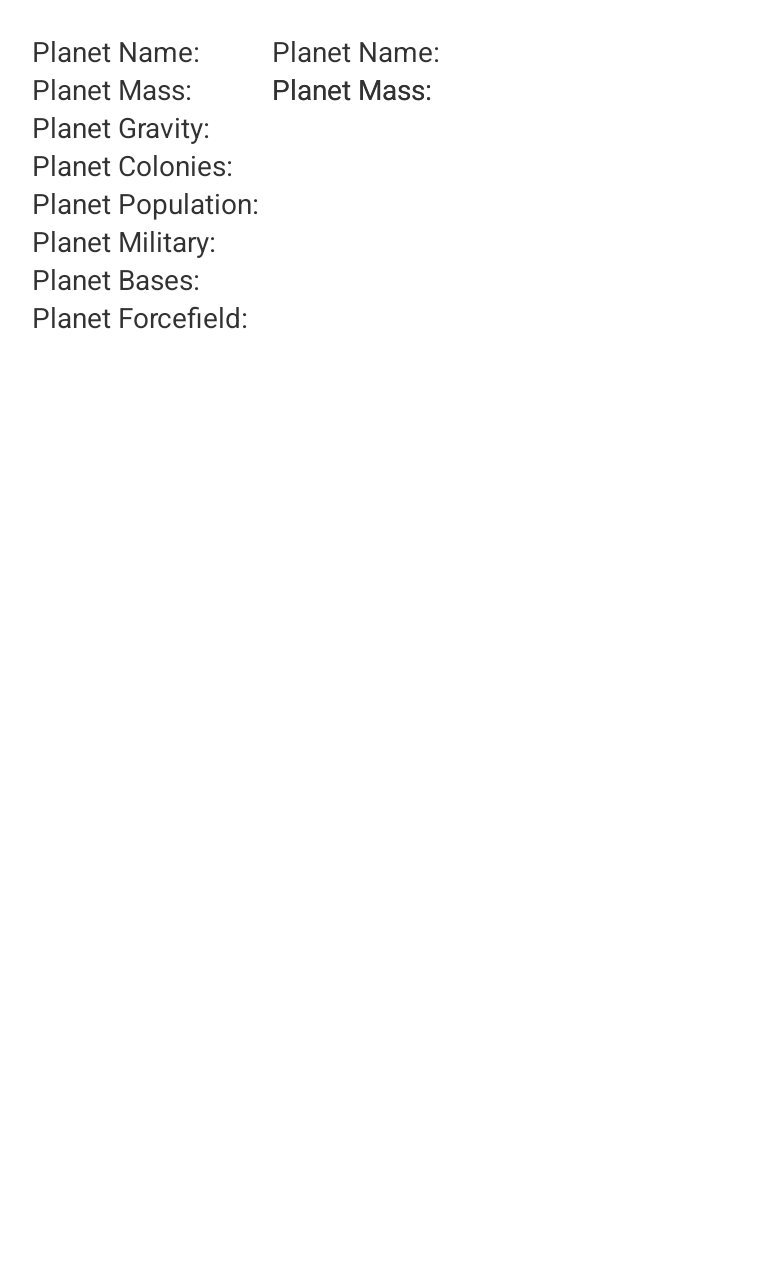
Repository: blender-head/android_basic
Layout: Hello_World/res/layout/activity_main.xml
An editor plug-in stored every save of this project. The layout is shown before and after the next save, followed by the edit.
It is drawn on a 768 x 1280 px phone screen (xhdpi) without system bars, with theme AppTheme; the app's code is not run. The app's manifest (not shown) leaves right-to-left support off. So textAlignment, textDirection and layoutDirection are ignored, and left and right values win over start and end ones.

Above is the layout before, as saved 2013-12-31 15:30:07.

### Hello_World/res/layout/activity_main.xml
<RelativeLayout xmlns:android="http://schemas.android.com/apk/res/android"
    xmlns:tools="http://schemas.android.com/tools"
    android:layout_width="match_parent"
    android:layout_height="match_parent"
    android:paddingBottom="@dimen/activity_vertical_margin"
    android:paddingLeft="@dimen/activity_horizontal_margin"
    android:paddingRight="@dimen/activity_horizontal_margin"
    android:paddingTop="@dimen/activity_vertical_margin"
    tools:context=".MainActivity" >

	<TextView
        android:id="@+id/textView1"
        android:layout_width="wrap_content"
        android:layout_height="wrap_content"
        android:text="@string/planet_name_label" />

	<TextView
        android:id="@+id/dataView1"
        android:layout_toRightOf="@+id/textView1"
        android:layout_marginLeft="36dip"
        android:layout_width="wrap_content"
        android:layout_height="wrap_content"
        android:text="@string/planet_name_label" />

	<TextView
        android:id="@+id/textView2"
        android:layout_below="@+id/textView1"
        android:layout_width="wrap_content"
        android:layout_height="wrap_content"
        android:text="@string/planet_mass_label" />

	<TextView
        android:id="@+id/dataView2"
        android:layout_toRightOf="@+id/textView2"
        android:layout_alignStart="@+id/dataView1"
        android:layout_below="@+id/dataView1"
        android:layout_width="wrap_content"
        android:layout_height="wrap_content"
        android:text="@string/planet_mass_label" />

	<TextView
        android:id="@+id/textView3"
        android:layout_below="@+id/textView2"
        android:layout_width="wrap_content"
        android:layout_height="wrap_content"
        android:text="@string/planet_gravity_label" />

	<TextView
        android:id="@+id/dataView3"
        android:layout_toRightOf="@+id/textView2"
        android:layout_alignStart="@+id/dataView1"
        android:layout_below="@+id/dataView1"
        android:layout_width="wrap_content"
        android:layout_height="wrap_content"
        android:text="@string/planet_mass_label" />

	<TextView
        android:id="@+id/textView4"
        android:layout_below="@+id/textView3"
        android:layout_width="wrap_content"
        android:layout_height="wrap_content"
        android:text="@string/planet_colonies_label" />

	<TextView
        android:id="@+id/textView5"
        android:layout_below="@+id/textView4"
        android:layout_width="wrap_content"
        android:layout_height="wrap_content"
        android:text="@string/planet_population_label" />

	<TextView
        android:id="@+id/textView6"
        android:layout_below="@+id/textView5"
        android:layout_width="wrap_content"
        android:layout_height="wrap_content"
        android:text="@string/planet_military_label" />

	<TextView
        android:id="@+id/textView7"
        android:layout_below="@+id/textView6"
        android:layout_width="wrap_content"
        android:layout_height="wrap_content"
        android:text="@string/planet_bases_label" />

	<TextView
        android:id="@+id/textView8"
        android:layout_below="@+id/textView7"
        android:layout_width="wrap_content"
        android:layout_height="wrap_content"
        android:text="@string/planet_forcefield_label" />

</RelativeLayout>

### Hello_World/res/values/strings.xml
<?xml version="1.0" encoding="utf-8"?>
<resources>

    <string name="app_name">Hello_World</string>
    <string name="action_settings">Settings</string>
    <string name="hello_world">Hello world!</string>

    <string name="planet_name_label">Planet Name: </string>
	<string name="planet_mass_label">Planet Mass: </string>
	<string name="planet_gravity_label">Planet Gravity: </string>
	<string name="planet_colonies_label">Planet Colonies: </string>
	<string name="planet_population_label">Planet Population: </string>
	<string name="planet_military_label">Planet Military: </string>
	<string name="planet_bases_label">Planet Bases: </string>
	<string name="planet_forcefield_label">Planet Forcefield: </string>

</resources>

Loaded but not shown: Hello_World/res/values/styles.xml (common file); Hello_World/res/values-v11/styles.xml (common file); Hello_World/res/values-v14/styles.xml (common file); Hello_World/res/values/dimens.xml (common file)

After the next save:
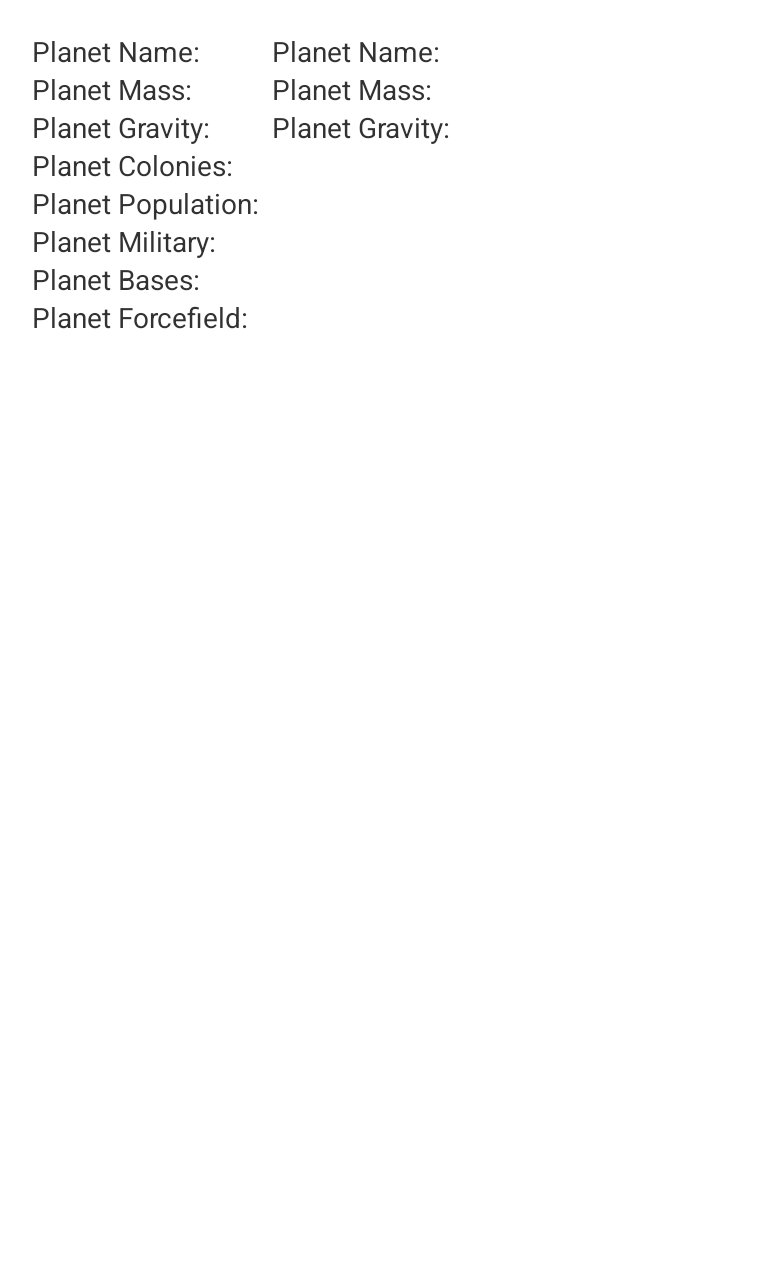
Saved 11 s later.
--- a/Hello_World/res/layout/activity_main.xml
+++ b/Hello_World/res/layout/activity_main.xml
@@ -47,12 +47,12 @@
 
 	<TextView
         android:id="@+id/dataView3"
-        android:layout_toRightOf="@+id/textView2"
-        android:layout_alignStart="@+id/dataView1"
-        android:layout_below="@+id/dataView1"
+        android:layout_toRightOf="@+id/textView3"
+        android:layout_alignStart="@+id/dataView2"
+        android:layout_below="@+id/dataView2"
         android:layout_width="wrap_content"
         android:layout_height="wrap_content"
-        android:text="@string/planet_mass_label" />
+        android:text="@string/planet_gravity_label" />
 
 	<TextView
         android:id="@+id/textView4"
